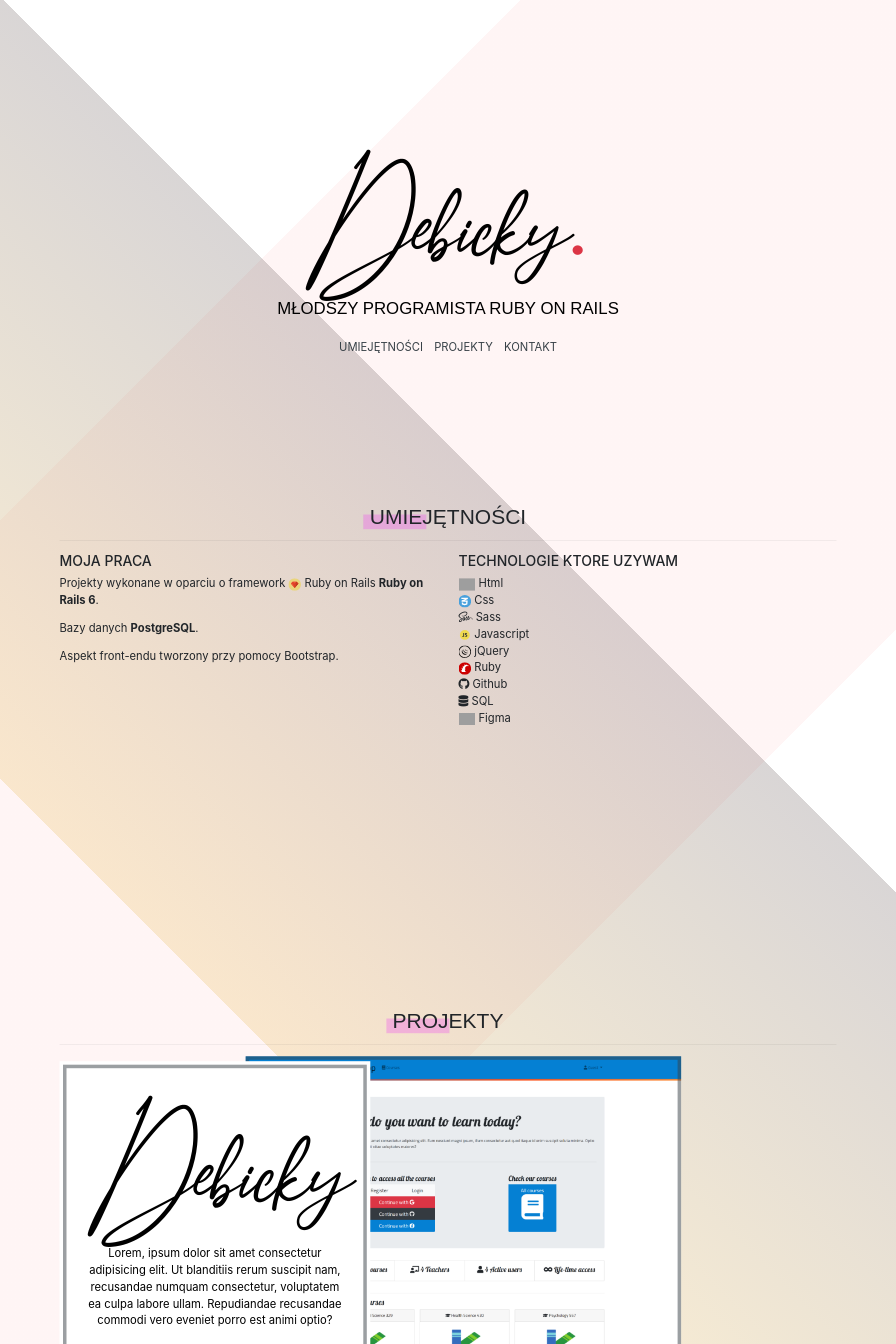
Repository: debicky/debicky.github.io
Page: index.html
An editor plug-in stored every save of this project. The page is shown before and after a run of saves, followed by the edit.
The browser window is 1280 px wide. The pictures show the part of the page from y = 0 to 1920 px (the page is 4035 px tall), at 70% of full size.
Pictures or frames that could not be fetched are drawn as grey boxes. Some web fonts or font styles are not loaded; a fallback is used. Some web libraries are served in a nearby version.

Above is the page before, as saved 2020-06-14 18:02:04.

After the next 3 saves:
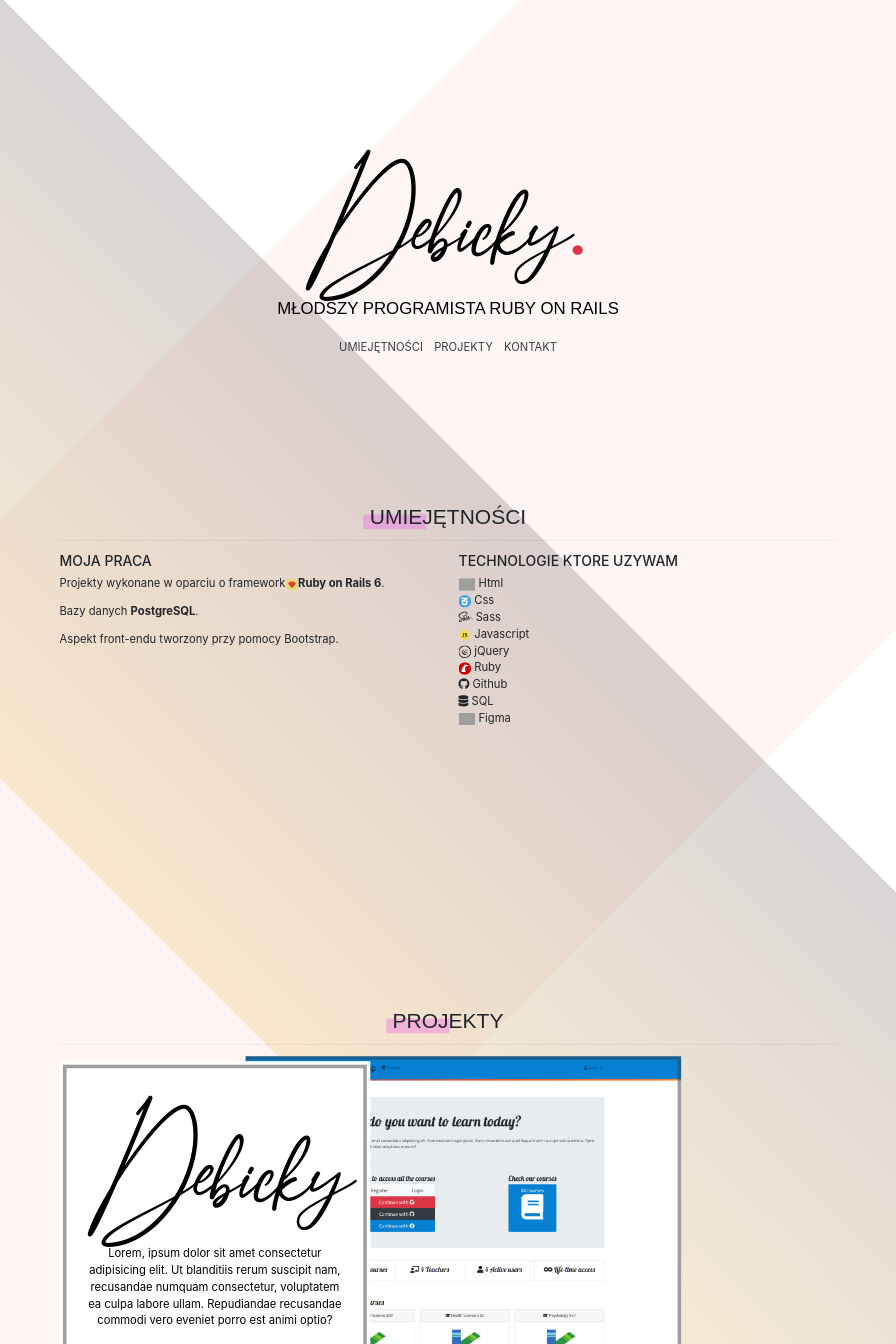
The 3 saves are shown as one change because they came seconds apart.
The last was saved 13 s later.
--- a/index.html
+++ b/index.html
@@ -51,8 +51,7 @@
       <div class="row">
         <div class="col-12 col-md-6 col-lg-6 mb-5 mb-md-0">
           <h5 class="text-uppercase">Moja praca</h5>
-          <p>Projekty wykonane w oparciu o framework  <img src="/images/icons/ruby.svg" alt=""> Ruby on Rails
-            <b>Ruby on Rails 6</b>.
+          <p>Projekty wykonane w oparciu o framework<img src="/images/icons/ruby.svg" alt=""><b>Ruby on Rails 6</b>.
           <p>Bazy danych <b>PostgreSQL</b>.</p>
           <p>Aspekt front-endu tworzony przy pomocy Bootstrap.</p>
           <p></p>
